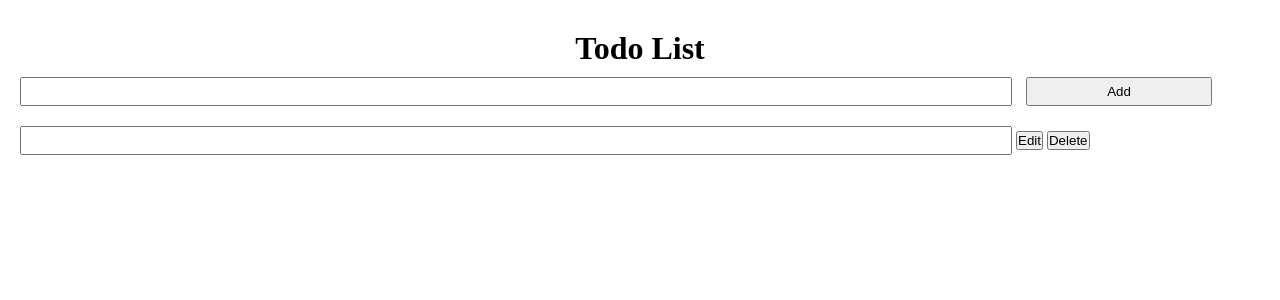
Repository: TENSAEA/----todo
Page: index.html
The author's editor kept a copy of each file at every save. The page is drawn from the files as they stood at one save, then again after the next save.
The browser window is 1280 px wide. The pictures show the whole page.

Above is the page before, as saved 2023-10-11 10:33:25.

### index.html
<!DOCTYPE html>
<html lang="en">
  <head>
    <meta charset="UTF-8" />
    <meta name="viewport" content="width=device-width, initial-scale=1.0" />
    <title>TodoList</title>
    <link rel="stylesheet" href="style.css" />
  </head>
  <body>
    <div class="container">
      <h1>Todo List</h1>
      <div class="header">
        <form class="form">
          <input type="Add-text" id="add" />
          <label for="add"><button>Add</button></label>
        </form>
      </div>
      <div class="list">
        <ul id="list">
          <li>
            <input class="list-text" type="text" id="edit" />
            <label for="edit"><button>Edit</button></label>
            <label for="edit"><button>Delete</button></label>
          </li>
        </ul>
      </div>
    </div>
    <script src="script.js"></script>
  </body>
</html>

### style.css
*{
   box-sizing:border-box;
   margin:0;
   padding:0;
}

.container{
    display: flex;
    flex-direction: column;
    padding: 20px;
}

.container h1{
    padding:10px;
    text-align:center;
}

.header{
    padding-bottom: 20px;
}

#add{
    padding: 5px;
    width:80%
}
.form label button{
    padding:5px;
    width:15%;
    margin-left:10px;
    cursor: pointer;
}

.list{
    padding-bottom: 20px;
}

.list ul{
    list-style: none;
}

.list #list li .list-text{
    padding: 5px;
    width:80%
}
.list #list li .list-text button{
    padding:5px;
    width:15%;
    margin-left:10px;
    cursor: pointer;
}

Loaded but not shown: script.js (no stored copy; drawn as an empty file)

After the next save:
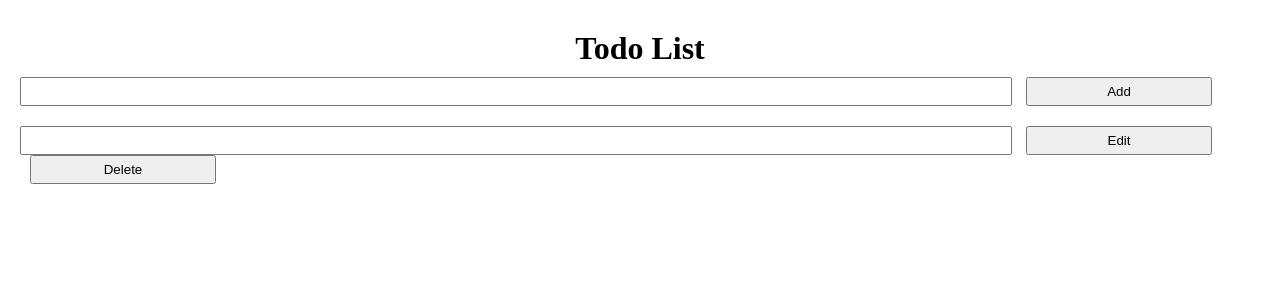
Saved 47 s later.
--- a/style.css
+++ b/style.css
@@ -42,7 +42,7 @@
     padding: 5px;
     width:80%
 }
-.list #list li .list-text button{
+button{
     padding:5px;
     width:15%;
     margin-left:10px;
